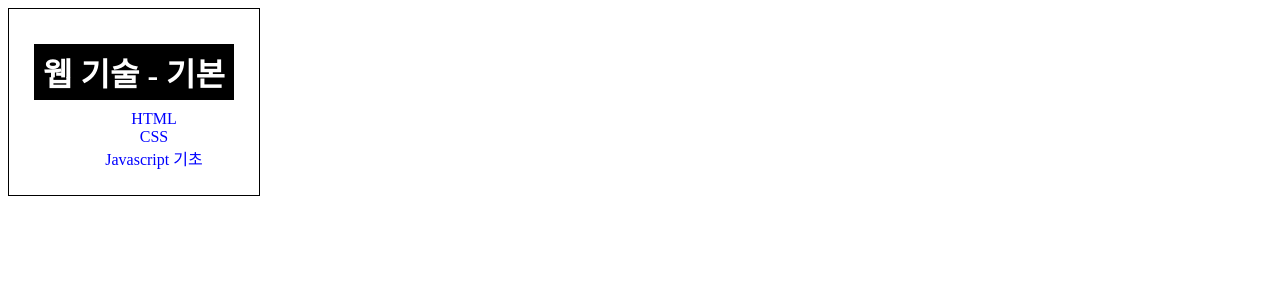
Repository: dudadab/Hhyundaiezwel_Academy
Page: CSS01/src/main/webapp/test1.html
The author's editor kept a copy of each file at every save. The page is drawn from the files as they stood at one save, then again after the next save.
The browser window is 1280 px wide. The pictures show the whole page.

Above is the page before, as saved 2025-07-02 06:30:37.

### CSS01/src/main/webapp/test1.html
<!DOCTYPE html>
<html>
<head>
<meta charset="UTF-8">
<title>Insert title here</title>
	<style type="text/css">
		.box {
    		border:solid 1px #000;
    		padding:25px;
    		width:200px;
    		text-align:center;
    	}
    	.box h1 {
    		background-color:black;
    		color:white;
    		padding:5px;
    		margin:10px 0;

    	}
    	.box ul{
    		list-style-type:none;
    		margin:0 auto;
    		gap:20px;
    	}
    	.box li {
    		color:blue;
    	}


	</style>
</head>
<body>
	<div class="box">
		<h1>웹 기술 - 기본</h1>
		<ul>
			<li id="HTML">HTML</li>
			<li id="CSS">CSS</li>
			<li id="Javascript">Javascript 기초</li>
		</ul>
	</div>
</body>
</html>

After the next save:
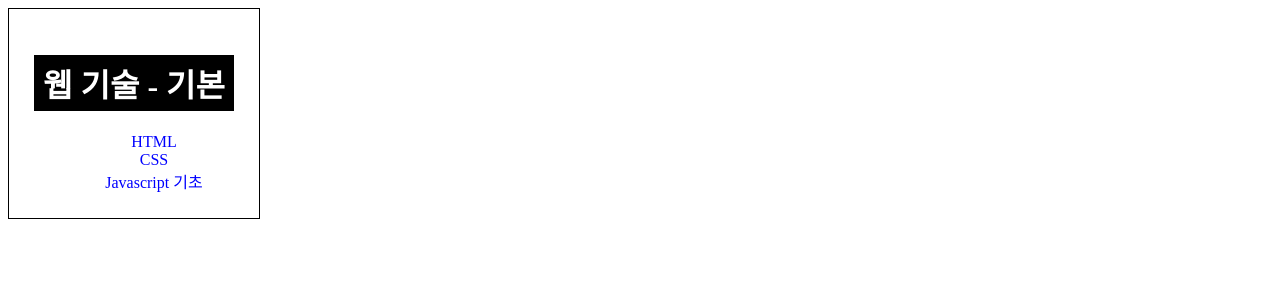
Saved 67 s later.
--- a/CSS01/src/main/webapp/test1.html
+++ b/CSS01/src/main/webapp/test1.html
@@ -14,7 +14,6 @@
     		background-color:black;
     		color:white;
     		padding:5px;
-    		margin:10px 0;
 
     	}
     	.box ul{
